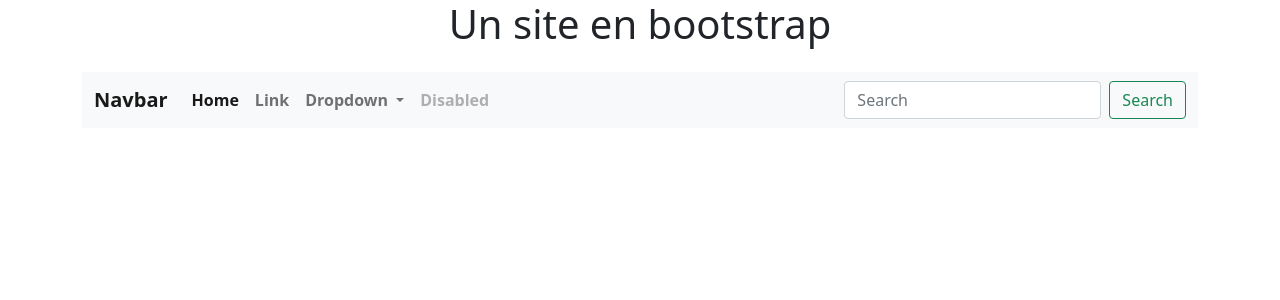
Repository: Elie-Dey/boot-start
Page: index.html
An editor plug-in stored every save of this project. The page is shown before and after the next save, followed by the edit.
The browser window is 1280 px wide. The pictures show the whole page.

Above is the page before, as saved 2021-08-19 01:02:57.

After the next save:
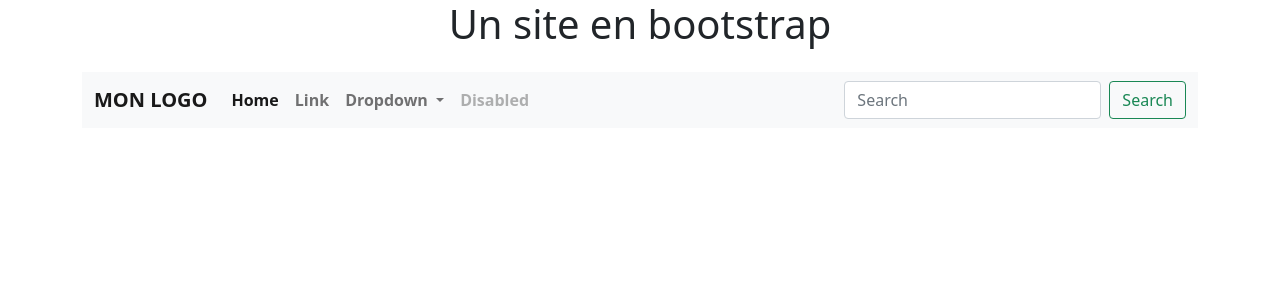
Saved 18 s later.
--- a/index.html
+++ b/index.html
@@ -19,7 +19,7 @@
       <!--bar de navigation -->
       <nav class="navbar navbar-expand-lg navbar-light bg-light">
         <div class="container-fluid">
-          <a class="navbar-brand" href="#">Navbar</a>
+          <a class="navbar-brand" href="#">MON LOGO</a>
           <button
             class="navbar-toggler"
             type="button"
